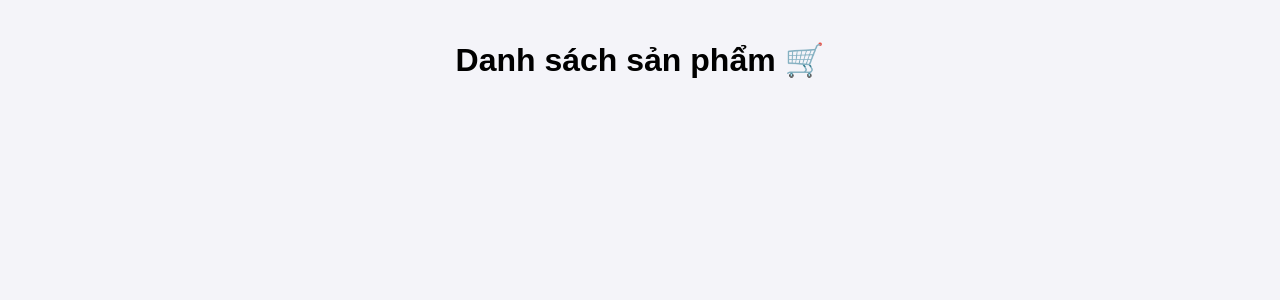
Repository: binhphanbp/ECMAScript_WEB501_WD20301
Page: class_LePhatHien/lesson4/index.html
An editor plug-in stored every save of this project. The page is shown before and after the next save, followed by the edit.
The browser window is 1280 px wide. The pictures show the whole page.
The page's requests for data from a server got no answer.

Above is the page before, as saved 2025-09-22 14:54:36.

### class_LePhatHien/lesson4/index.html
<!DOCTYPE html>
<html lang="en">
  <head>
    <meta charset="UTF-8" />
    <meta name="viewport" content="width=device-width, initial-scale=1.0" />
    <title>Danh sách sản phẩm</title>
    <style>
      body {
        font-family: Arial, sans-serif;
        margin: 0;
        padding: 20px;
        background: #f4f4f9;
      }

      h1 {
        text-align: center;
        margin-bottom: 20px;
      }

      .product-list {
        display: grid;
        grid-template-columns: repeat(auto-fill, minmax(220px, 1fr));
        gap: 20px;
      }

      .product-card {
        background: #fff;
        border-radius: 8px;
        padding: 15px;
        box-shadow: 0 4px 6px rgba(0, 0, 0, 0.1);
        transition: transform 0.2s ease-in-out;
        display: flex;
        flex-direction: column;
        align-items: center;
      }

      .product-card:hover {
        transform: translateY(-5px);
      }

      .product-card img {
        max-width: 150px;
        max-height: 150px;
        object-fit: contain;
        margin-bottom: 10px;
      }

      .product-title {
        font-size: 16px;
        font-weight: bold;
        text-align: center;
        margin: 10px 0;
        height: 40px;
        overflow: hidden;
      }

      .product-price {
        color: #e67e22;
        font-size: 18px;
        font-weight: bold;
        margin: 5px 0;
      }

      .product-desc {
        font-size: 14px;
        color: #555;
        text-align: center;
        height: 50px;
        overflow: hidden;
      }
    </style>
  </head>
  <body>
    <h1>Danh sách sản phẩm 🛒</h1>
    <div class="product-list" id="product-list"></div>

    <script>
      async function loadProducts() {
        try {
          const response = await fetch('https://fakestoreapi.com/products');
          const products = await response.json();

          const productList = document.getElementById('product-list');

          products.forEach((product) => {
            const card = document.createElement('div');
            card.className = 'product-card';

            card.innerHTML = `
              <img src="${product.image}" alt="${product.title}" />
              <div class="product-title">${product.title}</div>
              <div class="product-price">$${product.price}</div>
              <div class="product-desc">${product.description}</div>
            `;

            productList.appendChild(card);
          });
        } catch (error) {
          console.error('Lỗi khi tải sản phẩm:', error);
        }
      }

      loadProducts();
    </script>
  </body>
</html>

After the next save:
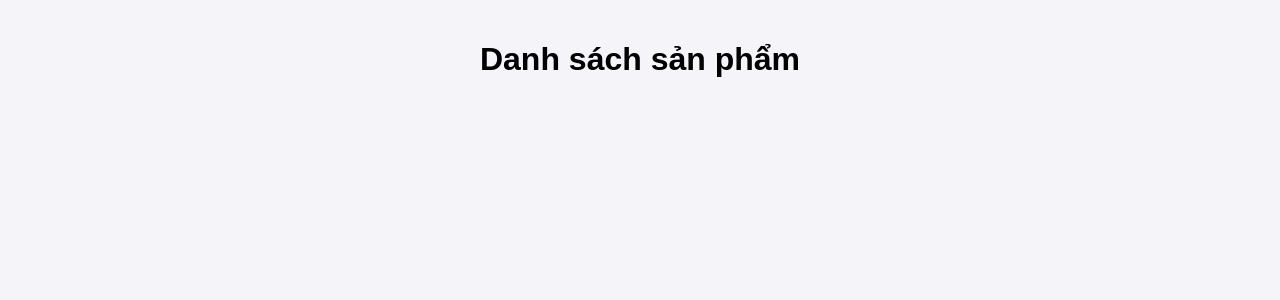
Saved 27 s later.
--- a/class_LePhatHien/lesson4/index.html
+++ b/class_LePhatHien/lesson4/index.html
@@ -71,7 +71,7 @@
     </style>
   </head>
   <body>
-    <h1>Danh sách sản phẩm 🛒</h1>
+    <h1>Danh sách sản phẩm</h1>
     <div class="product-list" id="product-list"></div>
 
     <script>
